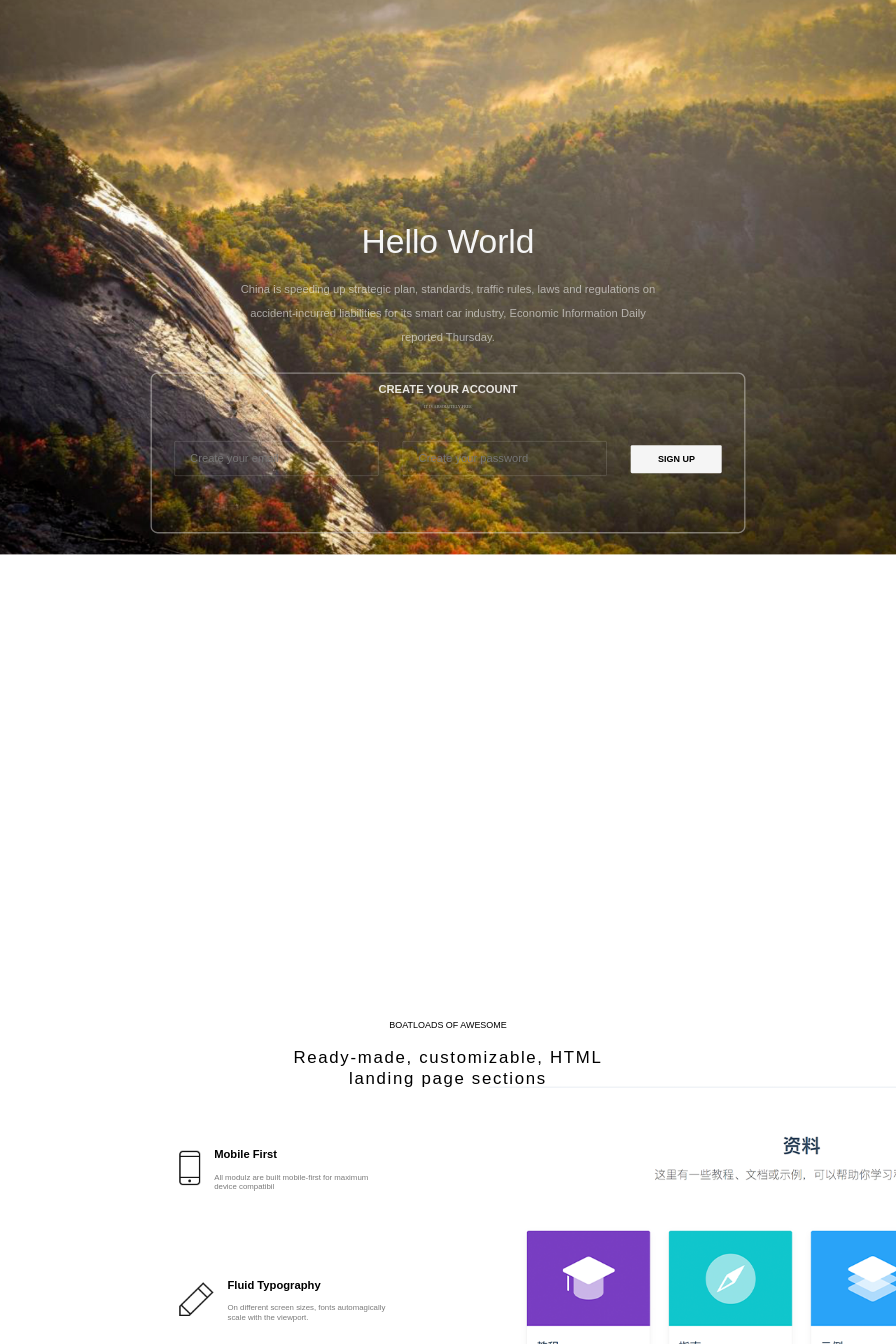
Repository: sogeisetsu/suy-ife
Page: 009-011/index.html
The author's editor kept a copy of each file at every save. The page is drawn from the files as they stood at one save, then again after the next save.
The browser window is 1280 px wide. The pictures show the part of the page from y = 0 to 1920 px (the page is 4309 px tall before and 2876 px after), at 70% of full size.

Above is the page before, as saved 2019-10-12 11:13:45.

### 009-011/index.html
<!DOCTYPE html>
<html>
    <head>
        <meta name="charset" content="utf-8">
        <meta http-equiv="refresh" content="30">
        <link rel="stylesheet" href="normalize.css" type="text/css">
        <link rel="stylesheet" href="index.css" type="text/css">
    </head>
    <body>
        <div id=head>
            <div class=headback>
                <img src="sucai/head-back.png" alt="头部背景" class="head-image">
                <div class="headbackcolor"></div>
            </div>
            <div class="headfont">
                <h1 class="headfonttittle">Hello World</h1>
                <p class="headfonttext">China is speeding up strategic plan, standards, traffic rules, laws and regulations on  </p>
                <p class="headfonttext">accident-incurred liabilities for its smart car industry, Economic Information Daily </p>
                <p class="headfonttext">reported Thursday.</p>
            </div>
            <div class="headform">
                <h2 class="tittle">Create Your Account</h2>
                <p class="text">It is absolutely free</p>
                <form action="#">
                    <input class="input-field" type="email" name="email" id="email" placeholder="Create your email">
                    <input class="input-field" type="password" name="pws" id="pws" placeholder="Create your password">
                    <input class="sign-up" type="button" value="Sign Up">
                </form>
            </div>
        </div>
        <div id="page2">
            <div class="p2head">
                <p>Boatloads of Awesome</p>
                <h2>Ready-made, customizable, HTML <br>landing page sections</h2>
            </div>
            <div class="p2text">
                <div class="iphone">
                    <img src="sucai/Iphone Icon.png" alt="iphone">
                    <div class="texto">
                    <p class="tittle">Mobile First</p>
                    <p class="text">All modulz are built mobile-first for maximum<br>device compatibil </p>
                    </div>
                </div>
                <div class="check">
                    <img src="sucai/Check Icon.png" alt="check">
                    <div class="texto">
                    <p class="tittle">Accessibility</p>
                    <p class="text">Support for IE8, mobile and tablet devices,<br> screenreaders and color blind</p>
                    </div>
                </div>
                <div class="pencil">
                    <img src="sucai/Pencil Icon.png" alt="pencil">
                    <div class="texto">
                    <p class="tittle">Fluid Typography</p>
                    <p class="text">On different screen sizes, fonts automagically<br> scale with the viewport.</p>
                    </div>
                </div>
                <div class="setting">
                    <img src="sucai/Settings Icon.png" alt="setting">
                    <div class="texto">
                    <p class="tittle">Customization</p>
                    <p class="text">Make any design your own using the Style<br> Editor. Personalize fonts, colors, and layouts to<br> create the custom look you want.</p>
                    </div>
                </div>
            </div>
        </div>
        <div id=page3>
            <div class=page3back>
                <img src="sucai/page3background.png" alt="第三张背景" class="page3-image">
                <!-- <img src="sucai/page3Screen.png" alt="ipad屏幕" class="page3-screen"> -->
                <div class="headbackcolor"></div>
                <img src="sucai/page3Screen.png" alt="ipad屏幕" class="page3-screen">
            </div>
            <div class="page3text">
                <p class="tittle">Supportive policies<br> for China's smart<br> car</p>
                <p class="text">China will come up with its own smart car<br> standards, traffic rules, laws and regulations<br> relating to safety, according to the China<br> Industry Innovation Alliance for the Intelli-<br>gent and Connected Vehicles.</p>
                <input class="CheckoutFeatures" type="button" value="CHECK OUT FEATURES">
                <input class="TryproductforFree" type="button" value="Try product for Free">
            </div>
        </div>
        <div id="page4">
            <h2 class="tittle">Try Our Awesome Products</h2>
            <div class="text">
                <div class="singleton">
                    <img src="sucai/Singleton.png" alt="singleton">
                    <p>Li Jun, a China Academy of Engi-<br>neering academician and also<br> director of the alliance's experts'<br> committee, said that China will<br> also launch design guidance for<br> smart cars, smart map architec-<br>ture and standards for test<br> grounds.</p>
                </div>
                <div class="hero">
                    <img src="sucai/Hero.png" alt="hero">
                    <p>Li said the smart car industry is<br> able to enlarge the current car<br> industry by 1 trillion yuan ($158.15<br> billion) and also able to boost fast<br> development in 5G, internet of<br> cars, big data, artificial intelligence<br> and new-energy vehicles.</p>
                </div>
                <div class="portlaned">
                    <img src="sucai/Portland.png" alt="portland">
                    <p>Zhang Junyi, a partner with NIO<br> Capital, said that the smart car is<br> the trend for the car industry and<br> China's auto sector will usher in a<br> new key development stage with<br> the improvement of infrastructure,<br> technology, policies and laws</p>
                </div>
            </div>
        </div>
        <div id="page5">
            <div class="p5text">
            <div class="tree">
                <img src="sucai/tree.png" alt="树木">
                <div class="tree-text">
                    <h3>Learn How to Improve Your <br>Personal Business</h3>
                    <p>Li Jun, a China Academy of Engineering<br> academician and also director of the<br> alliance's experts' committee, said that<br> China will also launch design guidance<br> for smart cars, smart map architecture<br> and standards for test grounds.</p>
                </div>
            </div>
            <div class="bird">
                <!-- <img src="sucai/bird.png" alt="鸟"> -->
                <div class="bird-text">
                    <h3>Choose Between Two Beautifully<br> Designed Color Schemes.</h3>
                    <p>China will come up with its own smart<br> car standards, traffic rules, laws and reg-<br>ulations relating to safety, according to<br> the China Industry Innovation Alliance<br> for the Intelligent and Connected<br> Vehicles.</p>
                </div>
                <img src="sucai/bird.png" alt="鸟">
            </div>
            </div>
        </div>
    </body>
</html>

### 009-011/index.css
html,body{
    margin: 0;
    height: 100%;
    width: 100%;
}
#head,#page2,#page3,{
    width: 100%;
    height: 605px;
    overflow: hidden;
}
#page5{
    width: 100%;
    height: 700px;
    overflow: hidden;
}
}
#page4{
    width: 100%;
    height: 400px;
    overflow: hidden;
}
.headback{
    position: relative;
    width: 100%;
    height: 100%;
    z-index: -1;
}
.page3back{
    width: 100%;
    height: 100%;
    z-index: -1;
}
.page3-screen{
    position: relative;
    bottom: 1210px;
    height: 70%;
    display: block;
     margin-top: 100px;
     margin-right: 0%;
     float: right;
}
.headbackcolor{
    background-color: rgba(12, 10, 8, 0.61);
    width: 100%;
    height: 100%;
    position: relative;
    bottom: 605px;
}
.head-image,.page3-image{
    height: 100%;
    width: 100%;
    display: block;
}
.headfont{
    position: relative;
    margin: 0;
    bottom: 605px;
    text-align: center;
}
.headfonttittle,.page3text .tittle{
    margin-top: 130px;
    font-size: 3em;
    color: rgb(245, 245, 245);
    font-weight: 300;
}
.headfonttext,.page3text .text{
    font-weight: 300;
    color: rgba(255, 255, 255, 0.568);
}
.headform{
    position: relative;
    bottom: 605px;
    margin: 40px auto;
    border-style: solid ;
    border-width: 2px;
    border-color: rgba(236, 235, 233, 0.445);
    border-radius: 10px;
    box-sizing: border-box;
    width: 850px;
    display: flex;
    flex-direction: column;
    height: 230px;
}
.headform .tittle{
    color: rgba(252, 249, 246, 0.89);
    text-transform: uppercase;
    font-size: 1em;
    text-align: center;
}
.headform .text{
    color: rgba(252, 249, 246, 0.616);
    text-transform: uppercase;
    font-size: 0.3em;
    text-align: center;
    margin-top: 0;
    font-family: Montserrat-Light;
}
.headform form{
    margin: 40px auto;
}
input{
    color: rgb(245, 245, 245);
}
.headform .input-field{
    width: 292px;
    height: 50px;
    padding: 18px 0 18px 22px;
    margin-right: 30px;
    box-sizing: border-box;
	border-radius: 2px;
	border: solid 1px rgba(255, 255, 255, 0.2);
    background: transparent;
}

.headform .sign-up,.page3text .CheckoutFeatures,.page3text .TryproductforFree{
    color: rgb(0, 0, 0);
    background-color: rgb(245, 245, 245);
    text-align: center;
    border: 0;
    height: 40px;
    width: 130px;
    text-transform: uppercase;
    font-size: 0.8em;
    font-weight: bold;
    border-radius: 2px;
    cursor: pointer;
    outline: none;
}
.page3text .CheckoutFeatures{
    width: 170px;
}
.page3text .TryproductforFree{
    background-color: transparent;
    width: 170px;
    border: solid 1px rgba(255, 255, 255, 0.2);
    color: rgba(245, 245, 245, 0.486);
    font-weight: 400;
    position: relative;
    left: 10px;
}
.headform .sign-up:active{
    border: 0;
    border-color: rgb(245, 245, 245);
    outline: none;
}
.p2head{
    text-align: center;
    margin-top: 90px;
}
.p2head p{
    text-transform: uppercase;
    /* letter-spacing: 0.2em; */
    font-weight: 400;
    font-size: 0.8em;
    margin-bottom: 2em;
}
.p2head h2{
    font-weight: 400;
    letter-spacing: 0.1em;
    line-height: 1.2em;

}
.p2text{
    margin-top: 50px;
    display: flex;
    flex-flow: row wrap;
    margin-left: 20%;
}
.iphone,.check,.pencil,.setting{
    flex: 50%;
    margin-bottom: 60px;
    margin-top: 40px;
    /* overflow: hidden; */
}
.iphone img,.iphone .texto,.check .texto,.check img,.pencil .texto,.pencil img,.setting img,.setting .texto{
    float: left;
}
.iphone .texto,.check .texto,.pencil .texto,.setting .texto{
    position: relative;
    left: 20px;
    bottom: 20px;
    margin: 0;
}
.texto .tittle{
    font-weight: bold;
}
.texto .text{
    font-size: 0.7em;
    color: rgba(0, 0, 0, 0.521);
}
.page3text{
    width: 70%;
    left: 15%;
    bottom: 605px;
    position: relative;
}
.page3text .tittle{
    font-size: 2em;;
}
.page3text .text{
    line-height: 1.5em;
}
#page4 .tittle{
    text-align: center;
    font-weight: 400;
}
#page4 .text{
    display: flex;
    flex-flow: row;
    text-align: center;
    align-items: center;
    justify-content: space-around;
    margin-top: 50px;
    margin-left: 10%;
    margin-right: 10%;
}
.portlaned p,.singleton p,.hero p{
    font-weight: 300;
    line-height: 1.5em;
}
.hero,.portlaned{
    position: relative;
    bottom: 13px;
}
#page5 .tree,#page5 .bird{
    display: flex;
    /* width: 2000px; */
    box-sizing: border-box;
    width: 100%;
    margin-top: 50px;
    margin-left: 10%;
    position: relative;
    /* bottom: 605px; */

}
.tree .tree-text,.bird .bird-text{
    box-sizing: border-box;
    width: 40%;
}
.p5text{
    box-sizing: border-box;
    width: 100%;
    height: 100%;
}

Loaded but not shown: 009-011/normalize.css (library)

After the next save:
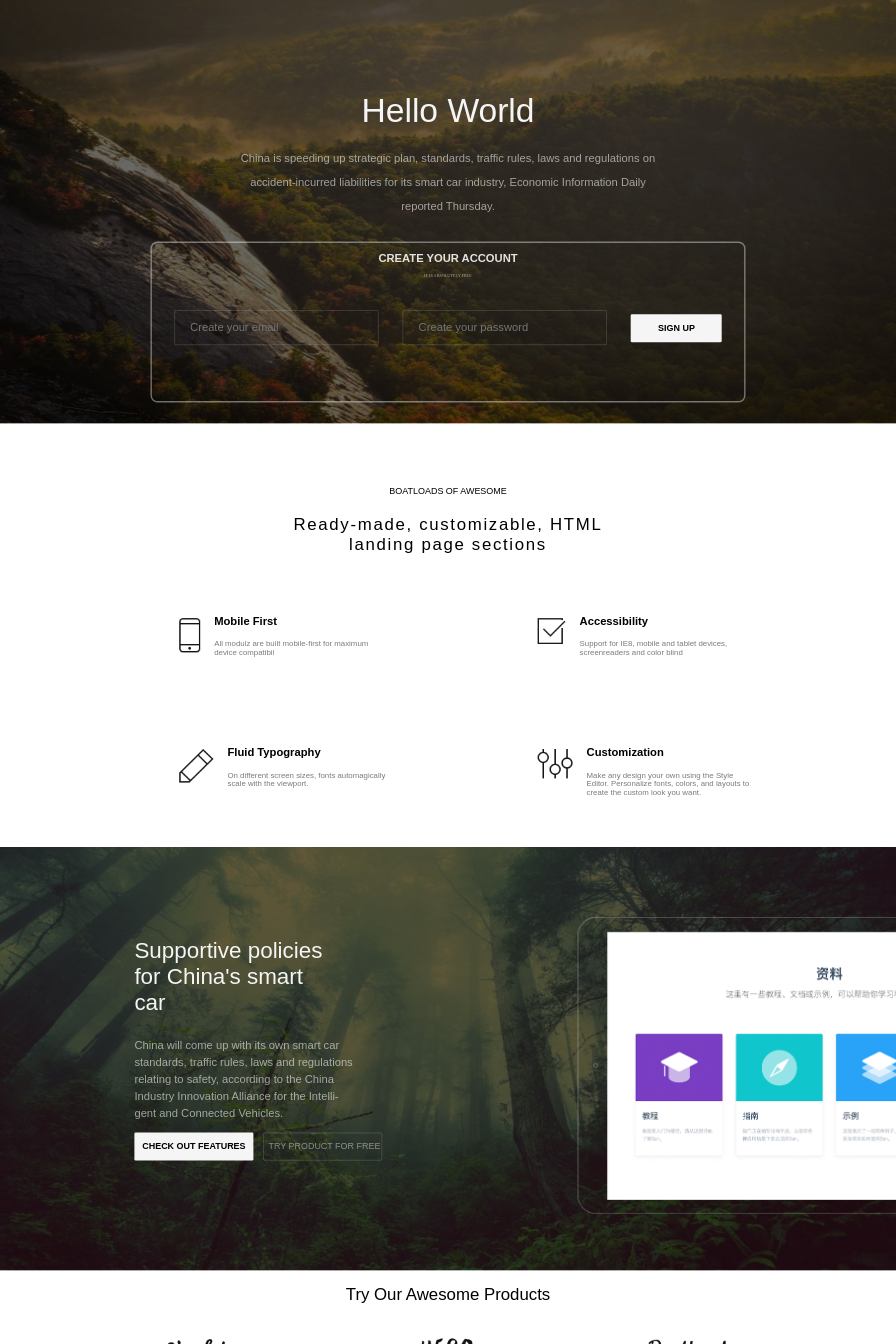
Saved 8 s later.
--- a/009-011/index.css
+++ b/009-011/index.css
@@ -3,7 +3,7 @@ html,body{
     height: 100%;
     width: 100%;
 }
-#head,#page2,#page3,{
+#head,#page2,#page3{
     width: 100%;
     height: 605px;
     overflow: hidden;
